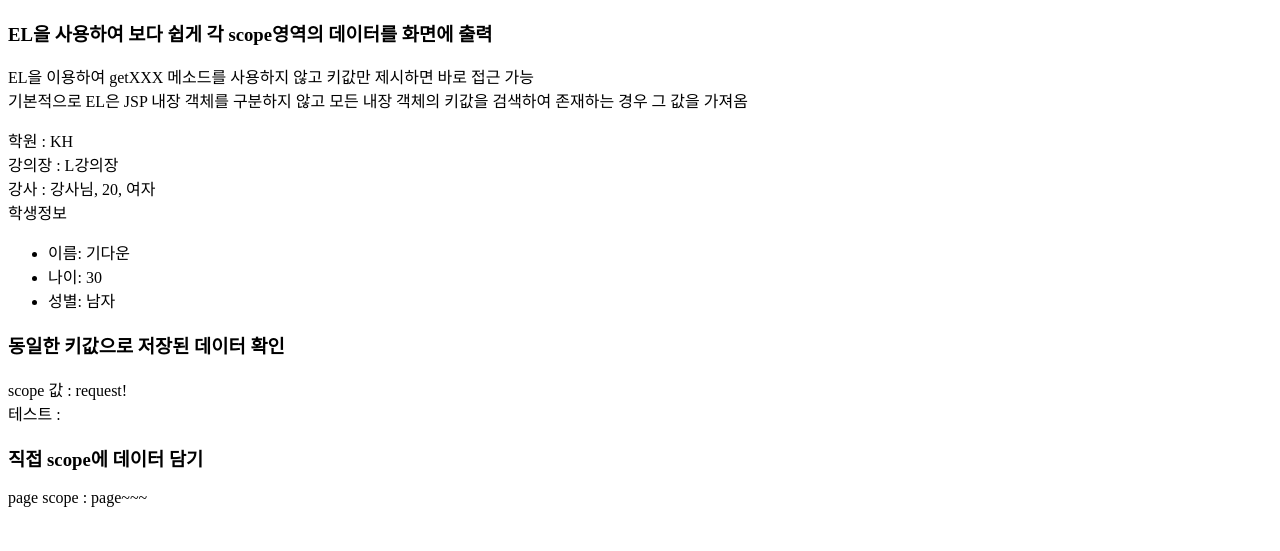
Repository: hailey-516/servlet
Page: http://localhost/3_elAction/el.do
These files come from the project's save history. The page is drawn as it stood at one moment and after the next save; the edit follows.
The browser window is 1280 px wide. The pictures show the whole page.
The page is served by Tomcat 9.

Above is the page before, as saved 2024-08-26 03:21:10.

After the next save:
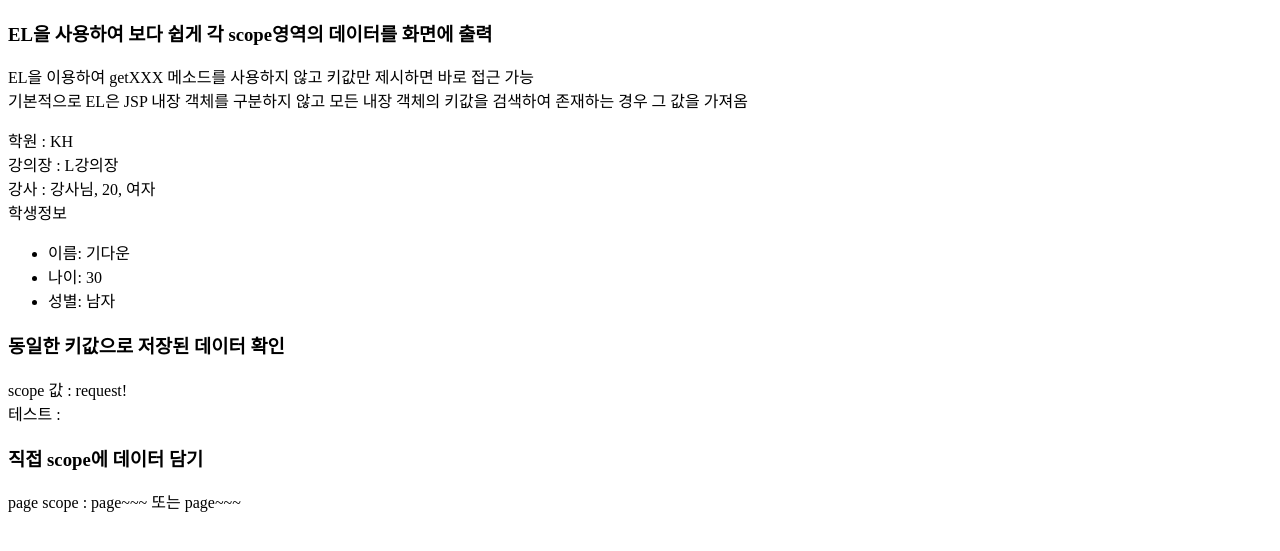
Saved 22 s later.
--- a/3_elAction/src/main/webapp/views/1_EL/01_el.jsp
+++ b/3_elAction/src/main/webapp/views/1_EL/01_el.jsp
@@ -70,7 +70,7 @@
 	 	pageContext.setAttribute("scope", "page~~~");
 	 %>
 
-	 page scope : ${ scope }
+	 page scope : ${ scope } 또는 ${ pageScope.scope }
 
 </body>
 </html>
